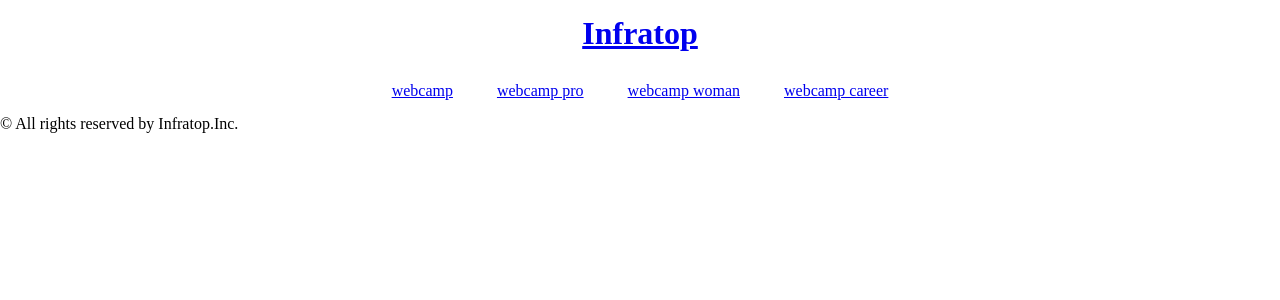
Repository: alamsamiha/html_css
Page: chapter5_exercise/ch5.html
The author's editor kept a record of every edit. The page is drawn from the files as they stood at one moment, then again after the next edit.
The browser window is 1280 px wide. The pictures show the whole page.

Above is the page before.

### chapter5_exercise/ch5.html
<!DOCTYPE>
<html lang="ja">
  <head>
    <meta charset="UTF-8" />
    <!-- CSSファイルの読み込み -->
    <link rel="stylesheet" href="ch5.css" />
    <title>演習問題5</title>
  </head>

  <body>
    <header>
      <h1 class="heading">
        <a href=="https://infratop.jp/">
          Infratop
        </a>
      </h1>
    </header>

    <nav>
      <ul  class="nav-list">
        <li  class="nav-list-item">
          <a href="https://web-camp.io/">webcamp</a>
        </li>
        <li  class="nav-list-item">
          <a href="https://web-camp.io/commit/">webcamp pro</a></a>
        </li>
        <li  class="nav-list-item">
          <a href="https://web-camp.io/">webcamp woman</a>
        </li>
        <li  class="nav-list-item">
          <a href="https://web-camp.io/">webcamp career</a>
        </li>
      </ul>
    </nav>

    <div class="main">
      <div class="box1"></div>
      <div class="box2"></div>
      <div class="box3"></div>
      <div class="box4"></div>
      <div class="box5"></div>
      <div class="box6"></div>
      <div class="box7"></div>
      <div class="box8"></div>
      <div class="box9"></div>
      <div class="box10"></div>
      <div class="box11"></div>
      <div class="box12"></div>
    </div>

    <footer>
      <p class="footer-text">© All rights reserved by Infratop.Inc.</p>
    </footer>

  </body>


</html>

### chapter5_exercise/ch5.css
*{
  margin: 0;
  padding: 0;
  box-sizing: border-box;
}

header {
  width: 90%; /* 横幅90% */
  padding: 15px 0;
  margin: 0 auto;
  text-align: center;
}

header .heading { /* headerタグ内のheadingクラスにのみ反映される */
  font-size: 32px;
}

.nav-list {
  text-align: center;
  padding: 15px 0;
  margin: 0 auto;
}

.nav-list-item {
  list-style: none;
  display: inline-block;
  margin: 0 20px;
}

After the next edit:
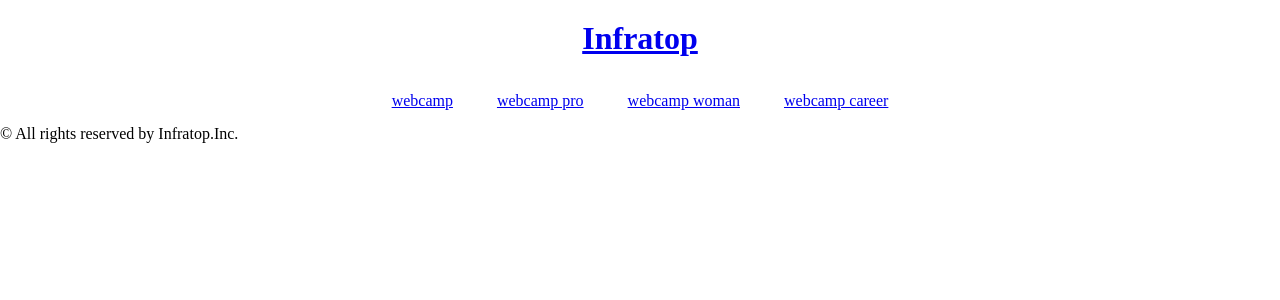
The edit:
--- a/chapter5_exercise/ch5.css
+++ b/chapter5_exercise/ch5.css
@@ -5,8 +5,8 @@
 }
 
 header {
-  width: 90%; /* 横幅90% */
-  padding: 15px 0;
+  width: 100%; /* 横幅90% */
+  padding: 20px 0;
   margin: 0 auto;
   text-align: center;
 }
